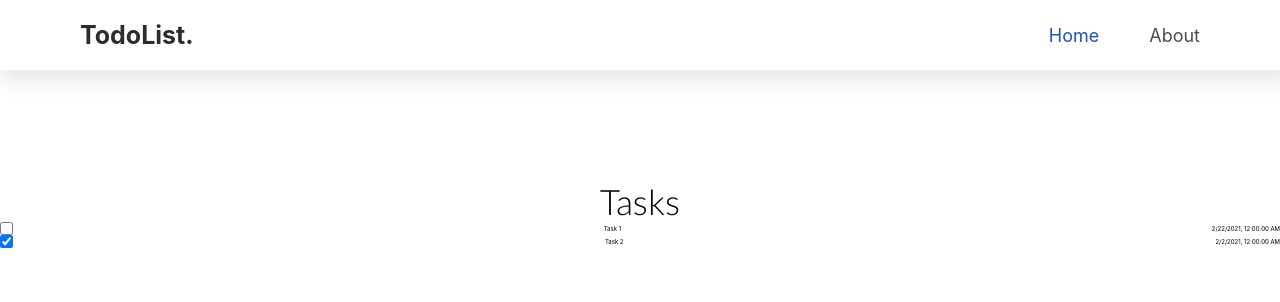
Repository: dqhuy153/react-todoList
Page: /
These files come from the project's save history. The page is drawn as it stood at one moment and after the next save; the edit follows.
The browser window is 1280 px wide. The pictures show the whole page.
The project was rebuilt for these pictures with package versions that can differ from the ones it lists, and the page was loaded fresh each time. Also part of the build but not shown: src/components/UI/LoadingSpinner.module.scss.

Above is the page before, as saved 2021-09-16 20:41:21.

After the next save:
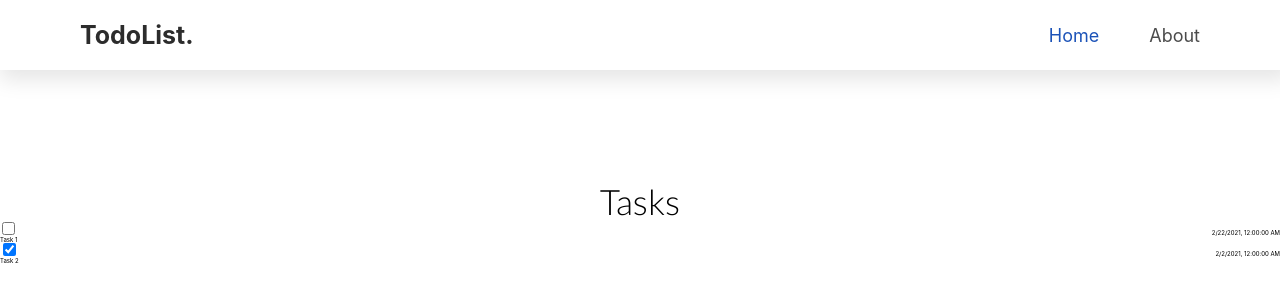
Saved 28 s later.
--- a/src/components/todos/TodoItem.js
+++ b/src/components/todos/TodoItem.js
@@ -19,8 +19,10 @@ export default function TodoItem({
 
   return (
     <div className={styles.container}>
-      <input type="checkbox" checked={checked} onChange={handleChange} />
-      <p>{title}</p>
+      <div>
+        <input type="checkbox" checked={checked} onChange={handleChange} />
+        <p>{title}</p>
+      </div>
       <p>{date.toLocaleString()}</p>
     </div>
   );
